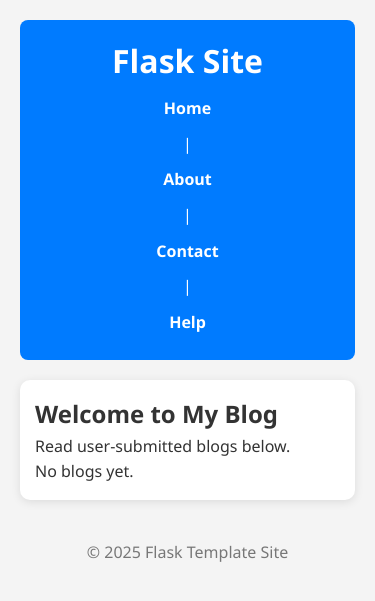
Repository: ankitg-02/FLASK
Page: http://localhost/
An editor plug-in stored every save of this project. The page is shown before and after the next save, followed by the edit.
The browser window is 375 px wide. The pictures show the whole page.
The page is served by the project's application, run on Flask 3 (app.py).

Above is the page before, as saved 2025-05-19 13:06:20.

### Project2/templates/index.html
{% extends 'base.html' %} {% block title %}Home - My Blog{% endblock %} {% block
content %}
<h2>Welcome to My Blog</h2>
<p>Read user-submitted blogs below.</p>

{% for blog in blogs %}
<div style="border: 1px solid #ccc; padding: 15px; margin-bottom: 15px">
  <h3>By {{ blog.name }}</h3>
  <p>
    <strong>Email:</strong> {{ blog.email }} | <strong>Phone:</strong> {{
    blog.phone }}
  </p>
  <p>{{ blog.content }}</p>
</div>
{% else %}
<p>No blogs yet.</p>
{% endfor %} {% endblock %}

### Project2/templates/base.html
<!DOCTYPE html>
<html lang="en">
  <head>
    <meta charset="UTF-8" />
    <title>{% block title %}Flask Site{% endblock %}</title>
    <link
      rel="stylesheet"
      href="{{ url_for('static', filename='css/style.css') }}"
    />
  </head>
  <body>
    <header>
      <h1>Flask Site</h1>
      <nav>
        <a href="{{ url_for('index') }}">Home</a> |
        <a href="{{ url_for('about') }}">About</a> |
        <a href="{{ url_for('contact') }}">Contact</a> |
        <a href="{{ url_for('help') }}">Help</a>
      </nav>
    </header>

    <main>{% block content %}{% endblock %}</main>

    <footer>
      <p>&copy; 2025 Flask Template Site</p>
    </footer>
  </body>
</html>

### Project2/app.py
from flask import Flask, render_template, request
app= Flask(__name__)
@app.route('/')
def index():
    return render_template('index.html')
@app.route('/about')
def about():
    return render_template('about.html')
@app.route('/contact')
def contact():
    return render_template('contact.html')
@app.route('/help')
def help():
    return render_template('help.html')
if __name__ == '__main__':
    app.run(debug=True)

### Project2/static/css/style.css
/* Reset and Base */
* {
    margin: 0;
    padding: 0;
    box-sizing: border-box;
}

body {
    font-family: 'Segoe UI', Tahoma, Geneva, Verdana, sans-serif;
    background-color: #f4f4f4;
    color: #333;
    line-height: 1.6;
    padding: 20px;
}

/* Header */
header {
    background-color: #007BFF;
    color: white;
    padding: 20px;
    border-radius: 8px;
    margin-bottom: 20px;
    text-align: center;
}

/* Navigation */
nav {
    margin-top: 10px;
}

nav a {
    color: white;
    text-decoration: none;
    margin: 0 15px;
    font-weight: bold;
    transition: color 0.3s ease;
}

nav a:hover {
    color: #ffdd57;
}

/* Main Content */
main {
    background: white;
    padding: 30px;
    border-radius: 10px;
    box-shadow: 0 2px 10px rgba(0, 0, 0, 0.1);
}

/* Footer */
footer {
    text-align: center;
    margin-top: 40px;
    color: #777;
}

/* Responsive */
@media (max-width: 600px) {
    nav a {
        display: block;
        margin: 10px 0;
    }

    header, main {
        padding: 15px;
    }
}

After the next save:
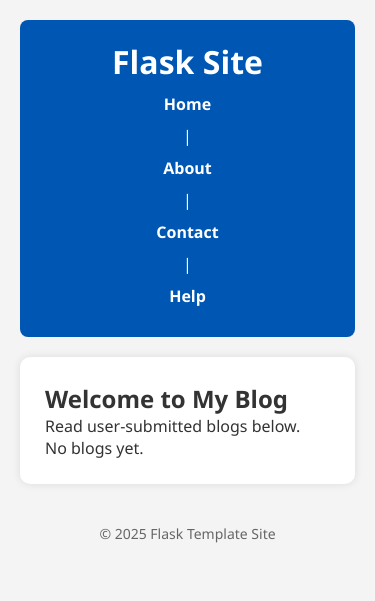
Saved 19 s later.
--- a/Project2/static/css/style.css
+++ b/Project2/static/css/style.css
@@ -1,4 +1,3 @@
-/* Reset and Base */
 * {
     margin: 0;
     padding: 0;
@@ -6,24 +5,20 @@
 }
 
 body {
-    font-family: 'Segoe UI', Tahoma, Geneva, Verdana, sans-serif;
+    font-family: 'Segoe UI', sans-serif;
     background-color: #f4f4f4;
     color: #333;
-    line-height: 1.6;
     padding: 20px;
 }
 
-/* Header */
 header {
-    background-color: #007BFF;
+    background-color: #0056b3;
     color: white;
     padding: 20px;
+    text-align: center;
     border-radius: 8px;
-    margin-bottom: 20px;
-    text-align: center;
 }
 
-/* Navigation */
 nav {
     margin-top: 10px;
 }
@@ -33,36 +28,30 @@ nav a {
     text-decoration: none;
     margin: 0 15px;
     font-weight: bold;
-    transition: color 0.3s ease;
 }
 
 nav a:hover {
     color: #ffdd57;
 }
 
-/* Main Content */
 main {
-    background: white;
-    padding: 30px;
+    background-color: white;
+    padding: 25px;
+    margin-top: 20px;
     border-radius: 10px;
-    box-shadow: 0 2px 10px rgba(0, 0, 0, 0.1);
+    box-shadow: 0 0 8px rgba(0, 0, 0, 0.1);
 }
 
-/* Footer */
 footer {
+    margin-top: 40px;
     text-align: center;
-    margin-top: 40px;
-    color: #777;
+    color: #666;
+    font-size: 14px;
 }
 
-/* Responsive */
 @media (max-width: 600px) {
     nav a {
         display: block;
         margin: 10px 0;
     }
-
-    header, main {
-        padding: 15px;
-    }
 }
